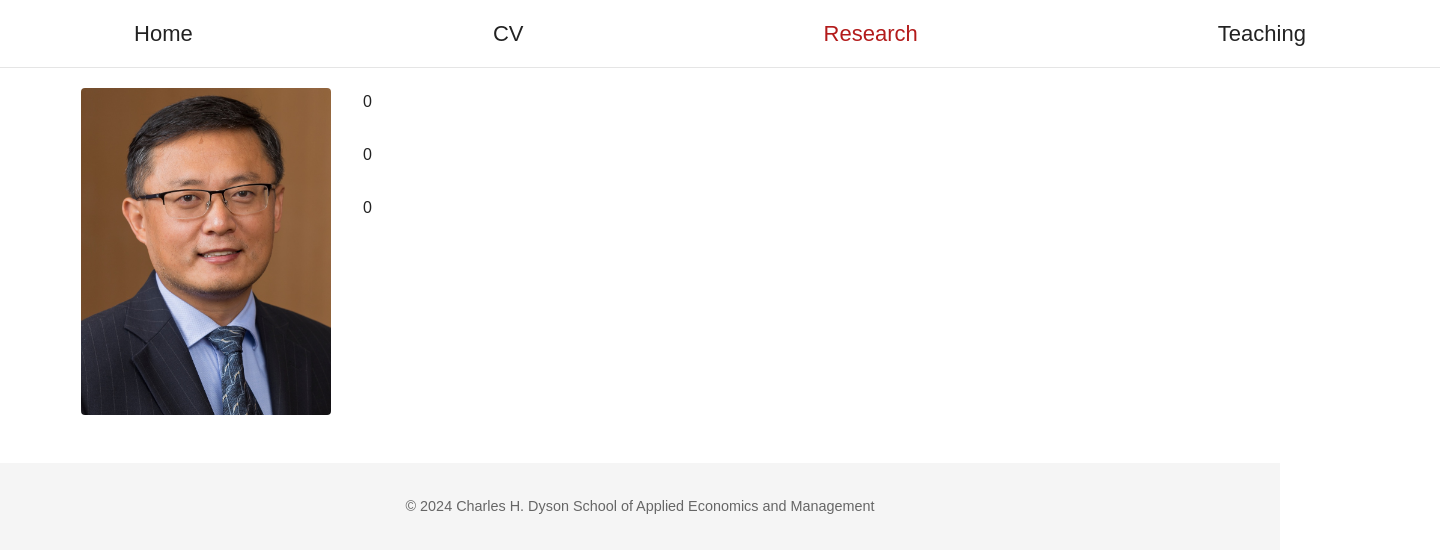
Repository: huang-heavenly-Emperor/k1_project
Page: research.html
The author's editor kept a copy of each file at every save. The page is drawn from the files as they stood at one save, then again after a run of saves.
The browser window is 1280 px wide. The page is 1440 px wide, so the pictures cover 1440 px, including what lies to the right of the window. The pictures show the whole page.

Above is the page before, as saved 2024-11-17 15:22:10.

### research.html
<!DOCTYPE html>
<html lang="en">
<head>
    <meta charset="UTF-8">
    <meta name="viewport" content="width=device-width, initial-scale=1.0">
    <title>Research - Cornell University</title>
    <link rel="stylesheet" href="reset.css">
    <link rel="stylesheet" href="common.css">
    <link rel="stylesheet" href="research.css">
</head>
<body>
    <header class="site-header">
        <nav class="main-nav">
            <div class="nav-container">
                <ul class="nav-list">
                    <li><a href="./index.html">Home</a></li>
                    <li><a href="./CV_ShanjunLi_Fall2024.pdf" target="_blank">CV</a></li>
                    <li><a href="./research.html" class="active">Research</a></li>
                    <li><a href="./teaching.html" >Teaching</a></li>
                </ul>
            </div>
        </nav>
    </header>

    <main class="main-container">
        <article class="researcher-profile">
            <div class="profile-image">
                <img src="images/facpic_li.jpg" alt="Professor Profile Image">
            </div>
            <div class="profile-content">
                <section class="research-intro">
                    <p>0</p>
                    <!-- <p><strong>0</strong> is a Professor of Applied Economics and Policy, and he holds the Kenneth L. Robinson Chair in the <a href="#">0</a> 0</p> -->

                </section>

                <section class="current-positions">
                    <!-- <p>He serves as Director of the <a href="#">Cornell Institute for China Economic Research (CICER)</a>, an editor for the <a href="#">Journal of the Association of Environmental and Resource Economists</a>, and a co-editor for the <a href="#">International Journal of Industrial Organization</a> and the <a href="#">Journal of Public Economics</a>. He is a research associate at the <a href="#">National Bureau of Economic Research (NBER)</a> and a university fellow at <a href="#">Resources for the Future (RFF)</a>. He will join Stanford University in July 2025 with a joint appointment at the <a href="#">Doerr School of Sustainability</a> and the <a href="#">Freeman Spogli Institute for International Studies</a>.</p> -->
                    <p>0</p>
                </section>

                <section class="contact-info">
                    <p>0</p>
                    <!-- <p>Contact Information: 405 Warren Hall, Cornell University | <a href="mailto:SL2448@cornell.edu">SL2448@cornell.edu</a></p> -->
                </section>
            </div>
        </article>
    </main>

    <footer class="footer">
        <div class="footer-container">
            <p>© 2024 Charles H. Dyson School of Applied Economics and Management</p>
        </div>
    </footer>
    <script>
        function openCV() {
            window.open('./CV_ShanjunLi_Fall2024.pdf', '_blank');
            // 这里可以添加全屏阅读器的逻辑
        }
    </script>
</body>
</html>

### reset.css
*, *::before, *::after {
    margin: 0;
    padding: 0;
    box-sizing: border-box;
}

html, body {
    height: 100%;
    font-size: 16px;
    line-height: 1.5;
    -webkit-font-smoothing: antialiased;
    -moz-osx-font-smoothing: grayscale;
}

body {
    font-family: Arial, sans-serif;
    color: #333;
}

ul, ol {
    list-style: none;
}

a {
    text-decoration: none;
    color: inherit;
}

img {
    max-width: 100%;
    height: auto;
    display: block;
}

button, input, select, textarea {
    font: inherit;
    color: inherit;
}

h1, h2, h3, h4, h5, h6 {
    font-size: inherit;
    font-weight: inherit;
}

### common.css
.site-header {
  position: relative;
  width: 1440px;
  height: max-content;
  margin: 0 auto 20px;
  overflow: hidden;
}

.banner {
  height: 320px;
  overflow: hidden;
  position: relative;
}

.banner img {
  width: 100%;
  height: 100%;
  object-fit: cover;
}

nav {
  background-color: var(--background-color);
  border-bottom: 1px solid var(--border-color);
  padding: 0 ;
}

nav ul {
  display: flex;
  justify-content: space-around;
  align-items: center;
  gap: 2rem;
  padding: 1rem 0;
  list-style: none;
}

nav a {
  text-decoration: none;
  color: var(--text-color);
  font-weight: 500;
  font-size: 22px;
  padding: 0.5rem 0;
  transition: color 0.3s;
}

nav a:hover,
nav a.active {
  color: var(--primary-color);
}

@media (max-width: 768px) {
    .site-header {
        width: 100%;
    }

    nav ul {
        flex-direction: column;
        align-items: center;
    }

    nav a {
        font-size: 18px;
    }
}

### research.css
:root {
  --primary-color: #B31B1B;
  --text-color: #222;
  --link-color: #0076BB;
  --background-color: #fff;
  --border-color: #e5e5e5;
}

body {
  font-family: Arial, sans-serif;
  line-height: 1.6;
  color: var(--text-color);
  background-color: var(--background-color);
}

.main-container {
  max-width: 1150px;
  margin: 0 auto;
  padding: 0 1rem;
  box-sizing: border-box;

}


.researcher-profile {
  display: grid;
  grid-template-columns: 250px 1fr;
  gap: 2rem;

}

.profile-image img {
  width: 100%;
  border-radius: 4px;
}

.profile-content {
  display: flex;
  flex-direction: column;
  gap: 1.5rem;
}

.research-intro,
.current-positions,
.contact-info {
  line-height: 1.8;
}

a {
  color: var(--link-color);
  text-decoration: none;
  transition: color 0.3s;
}

a:hover {
  color: var(--primary-color);
}

.footer {
  background-color: #f5f5f5;
  padding: 2rem 0;
  margin-top: 3rem;
  text-align: center;
  font-size: 0.9rem;
  color: #666;
}

@media (max-width: 768px) {
  .researcher-profile {
    grid-template-columns: 1fr;
  }

  .profile-image {
    max-width: 100%;
    margin: 0 auto;
  }

  .nav-list {
    flex-direction: column;
    align-items: center;
  }

  nav a {
    font-size: 18px;
  }
}

@media (max-width: 480px) {
  .banner {
    height: 200px;
  }
}

After the next 2 saves:
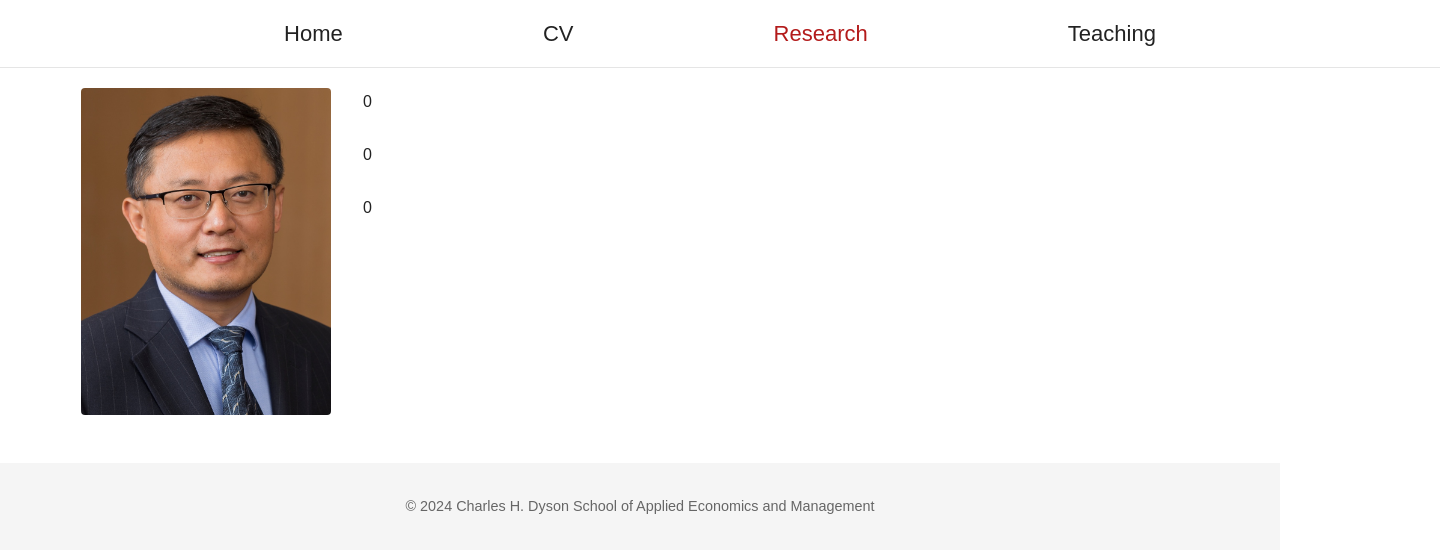
The 2 saves are shown as one change because they came seconds apart.
The last was saved 9 s later.
--- a/common.css
+++ b/common.css
@@ -21,7 +21,8 @@
 nav {
   background-color: var(--background-color);
   border-bottom: 1px solid var(--border-color);
-  padding: 0 ;
+  padding: 0 200px;
+  box-sizing: border-box;
 }
 
 nav ul {

After the save that followed:
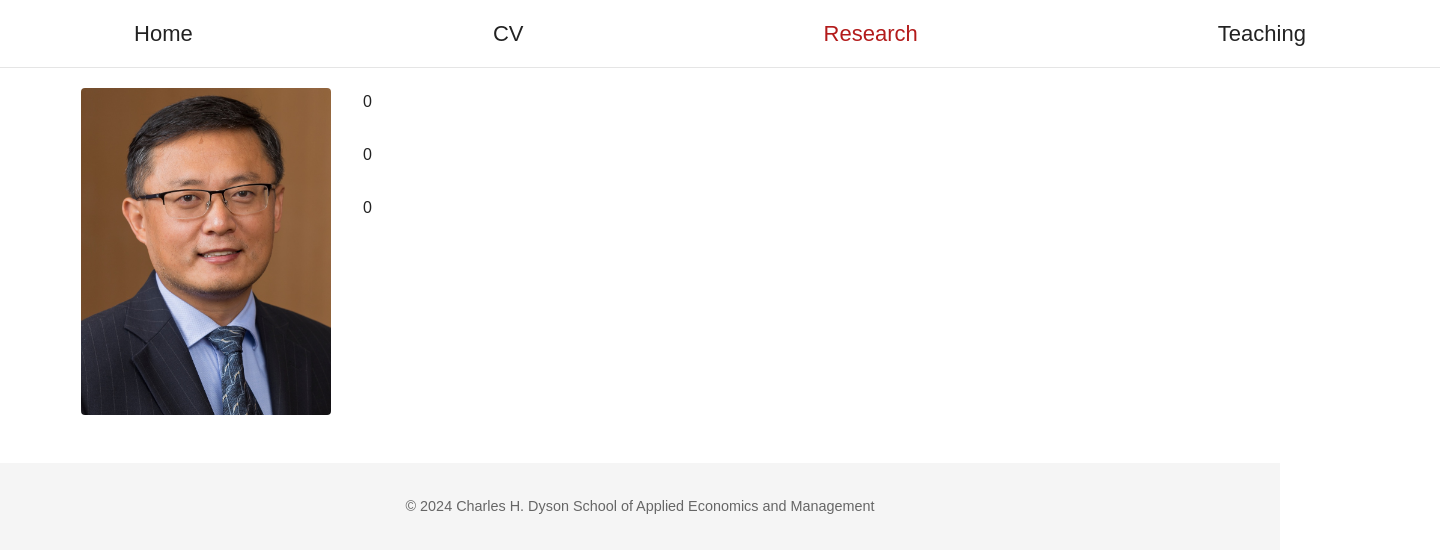
Saved 12 s later.
--- a/common.css
+++ b/common.css
@@ -21,8 +21,7 @@
 nav {
   background-color: var(--background-color);
   border-bottom: 1px solid var(--border-color);
-  padding: 0 200px;
-  box-sizing: border-box;
+
 }
 
 nav ul {
